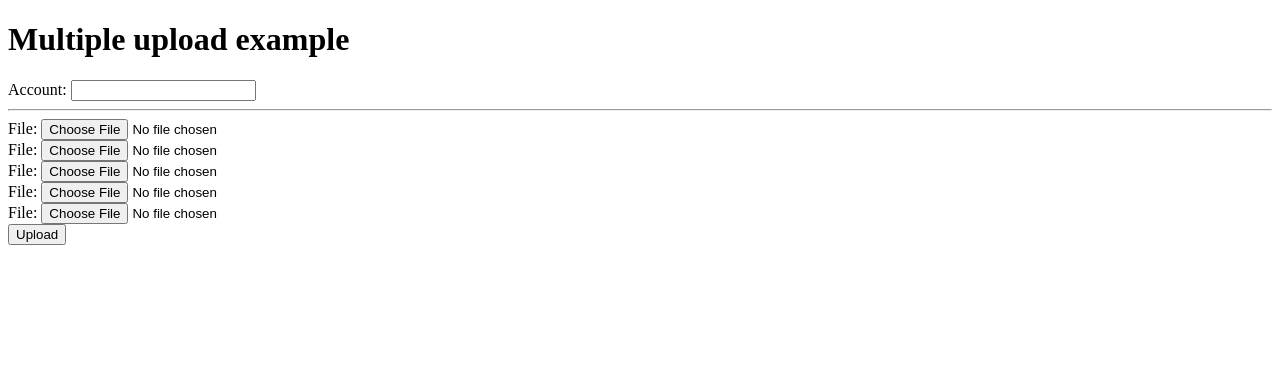
Repository: fgh64hfhk/webworkspace
Page: eeit82_web/src/main/webapp/web09.html
An editor plug-in stored every save of this project. The page is shown before and after the next save, followed by the edit.
The browser window is 1280 px wide. The pictures show the whole page.

Above is the page before, as saved 2024-05-13 07:00:27.

After the next save:
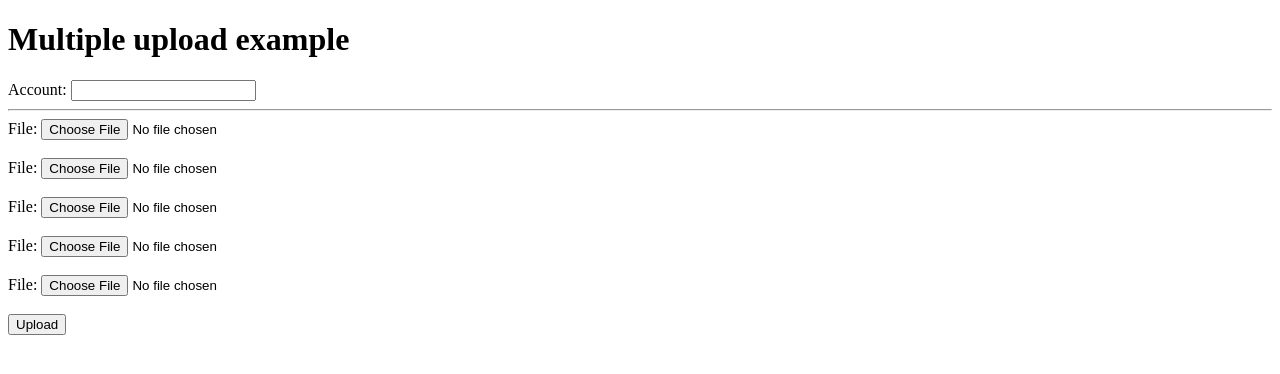
Saved 12 s later.
--- a/eeit82_web/src/main/webapp/web09.html
+++ b/eeit82_web/src/main/webapp/web09.html
@@ -13,15 +13,15 @@
 		<input name="account">
 		<hr />
 		File:
-		<input type="file" name="upload" /><br />
+		<input type="file" name="upload" /><br /><br />
 		File:
-		<input type="file" name="upload" /><br />
+		<input type="file" name="upload" /><br /><br />
 		File:
-		<input type="file" name="upload" /><br />
+		<input type="file" name="upload" /><br /><br />
 		File:
-		<input type="file" name="upload" /><br />
+		<input type="file" name="upload" /><br /><br />
 		File:
-		<input type="file" name="upload" /><br />
+		<input type="file" name="upload" /><br /><br />
 		<input type="submit" value="Upload">
 	</form>
 </body>
